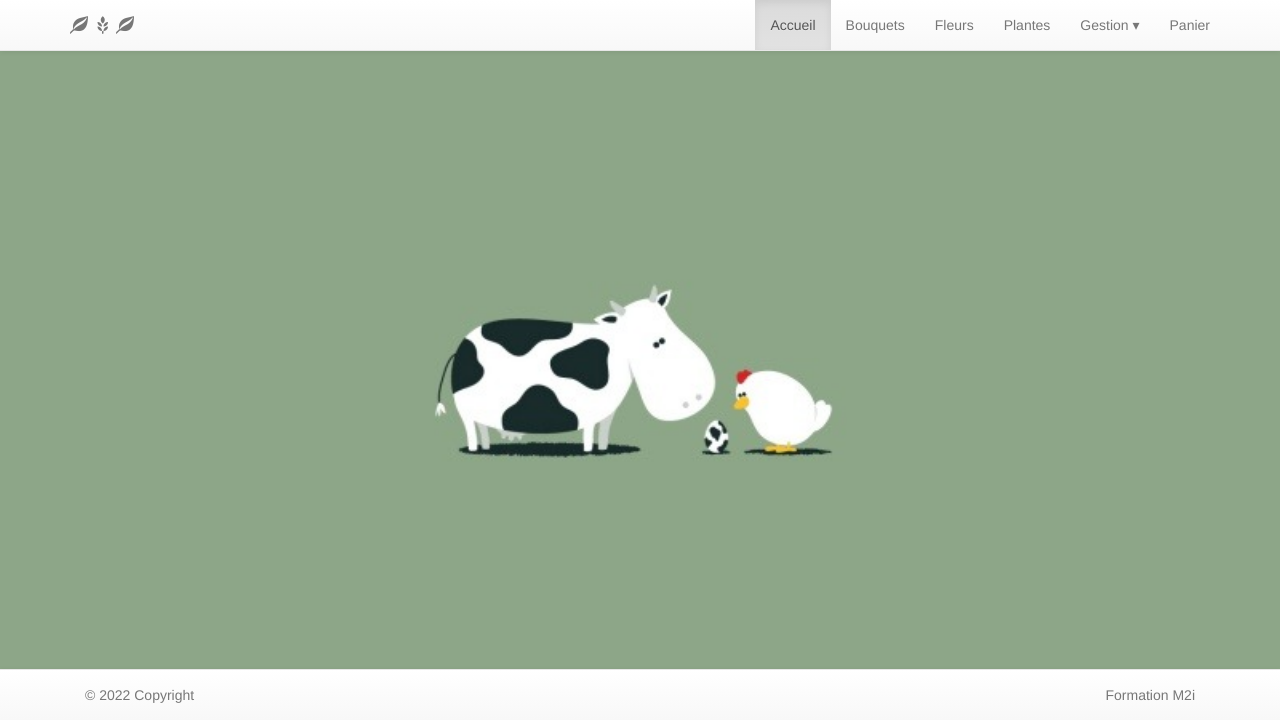
Repository: JeremT8/JavaFleuristeProject
Page: tp-fleuriste/src/main/webapp/index.html
The author's editor kept a copy of each file at every save. The page is drawn from the files as they stood at one save, then again after the next save.
The browser window is 1280 px wide. The pictures show the whole page.
Some web libraries are served in a nearby version.

Above is the page before, as saved 2022-05-17 08:41:59.

After the next save:
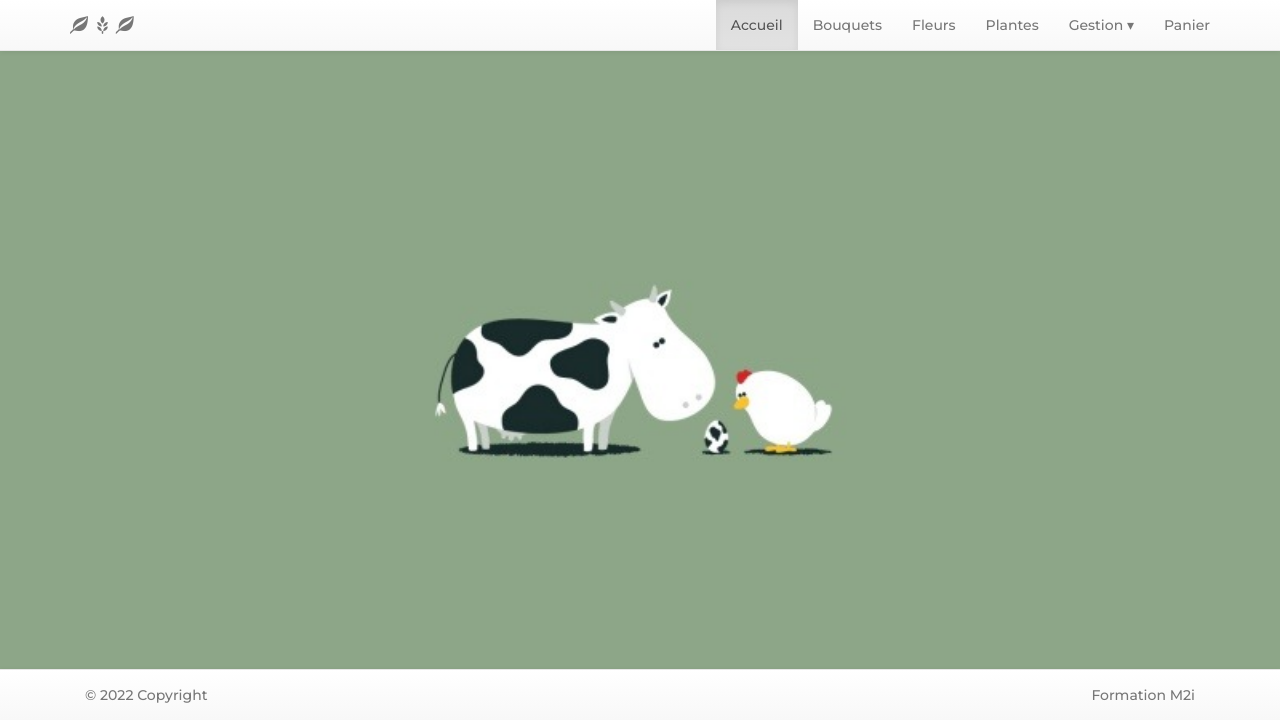
Saved 19 s later.
--- a/tp-fleuriste/src/main/webapp/css/commun.css
+++ b/tp-fleuriste/src/main/webapp/css/commun.css
@@ -1,6 +1,7 @@
 body {
 	padding-top: 70px;
 	padding-bottom: 70px;
+	font-family: 'Montserrat', sans-serif;
 
 }
 
